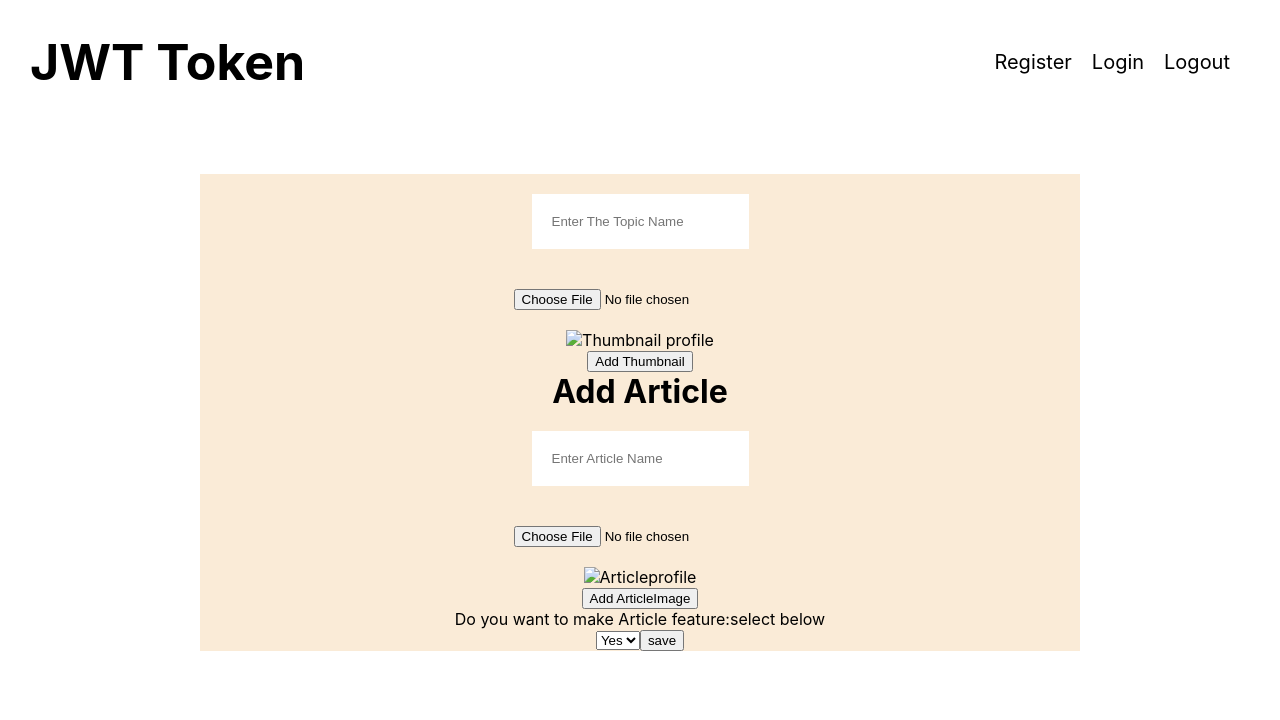
Repository: Prafullkuma/jwttoken
Page: /admin
The author's editor kept a copy of each file at every save. The page is drawn from the files as they stood at one save, then again after the next save.
The browser window is 1280 px wide. The pictures show the whole page.
The project was rebuilt for these pictures with package versions that can differ from the ones it lists, and the page was loaded fresh each time. Also part of the build but not shown: src/App.css, src/component/Auth/Signup.js, src/component/Auth/Signin.js, src/component/User/User.js, src/component/Home/Home.js, src/component/Auth/Logout.js.

Above is the page before, as saved 2020-08-22 22:06:12.

### src/App.js
import React from 'react';
import { BrowserRouter, Route } from 'react-router-dom'
import './App.css';
import Navbar from './component/Navbar'
import Signup from './component/Auth/Signup';
import Signin from './component/Auth/Signin';
import User from './component/User/User';
import Dashboard from './component/Admin/Dashboard';
import Home from './component/Home/Home';
import Logout from './component/Auth/Logout'
function App() {
  return (
    <div className="App">
      <BrowserRouter>
        <Navbar />
        <Route path="/signup" component={Signup} />
        <Route path="/signin" component={Signin} />
        <Route path="logout" component={Logout} />
        <Route path="/user" component={User} />
        <Route path="/admin" component={Dashboard} />
        <Route exact path="/" component={Home} />
      </BrowserRouter>
    </div>
  );
}

export default App;

### src/component/Navbar.js
import React from 'react'
import { Link } from 'react-router-dom'
import './Navbar.css'
function Navbar() {
    return (
        <div>
            <section className="Nav">
                <h1> <Link to="/">JWT Token</Link></h1>
                <nav className="navbar-items">
                    <ul>
                        <li><Link to="/signup">Register</Link></li>
                        <li><Link to="/signin">Login</Link></li>
                        <li><Link to="/">Logout</Link></li>
                    </ul>

                </nav>
            </section>
        </div>
    )
}

export default Navbar

### src/component/Admin/Dashboard.js
import React, { useState } from 'react'
import './Dashboard.css'
function Dashboard() {
    const [topic, setTopic] = useState('')
    const [thumbnail, setThumbnail] = useState()
    const [title, setTitle] = useState('')
    const [articleImage, setArticleImage] = useState('')
    const [feature, setFeature] = useState('')
    const [flag, setFlag] = useState(false)
    const addThumbnail = (e) => {
        console.log(e.target.file)
    }
    const addArticleImage = () => {

    }
    const saveAllData = () => {

    }
    return (
        <div className="Dashboard">
            <div className="Topic_name">
                <input type="text"
                    value={topic}
                    onChange={e => setTopic(e.target.value)}
                    placeholder="Enter The Topic Name" />
                <br />
                <input type="file"
                    value={thumbnail}
                    onChange={e => setThumbnail(e.target.value)} /><br />
                <img src="" alt="Thumbnail profile" /><br />
                <button onClick={addThumbnail}> Add Thumbnail</button>

            </div>
            <div className="ArticleName">
                <h1> Add Article</h1>
                <input type="text"
                    value={title}
                    placeholder="Enter Article Name"
                    onChange={e => setTitle(e.target.value)} />
                <br />
                <input type="file"
                    value={articleImage}
                    onChange={e => setArticleImage(e.target.value)} /><br />
                <img src="" alt="Articleprofile" /><br />
                <button onClick={addArticleImage}> Add ArticleImage</button><br />
                <span>Do you want to make Article feature:select below</span><br />
                <select value={feature} onChange={e => setFeature(e.target.value)}>
                    <option selected value={true}>Yes</option>
                    <option value={false}>No</option>
                </select>

                <button type="submit" onClick={saveAllData}> save</button>
            </div>

        </div>
    )
}

export default Dashboard

### src/component/Navbar.css
.Nav{
display: flex;
align-items: center;
justify-content: space-between;
padding: 30px;
}
ul,li{
    list-style: none;
    float: left;
    margin: 10px;
    font-size: 20px;
}
.Nav h1{
    font-size: 50px;
}
.Nav a{
    text-decoration: none;
    color:black
}
.navbar-items{
    display: flex;
}

### src/component/Admin/Dashboard.css
.Dashboard{
    margin-top: 50px;
    display: flex;
    flex-direction: column;
    margin: 50px 200px;
    background-color: antiquewhite;
    text-align: center;
}
.Dashboard input{
    border: none;
    padding: 20px;
    margin-top: 20px;
}
.Dashboard placeholder{
    font-size: 30px;
}

Loaded but not shown: src/index.js (common file); src/index.css (common file)

After the next save:
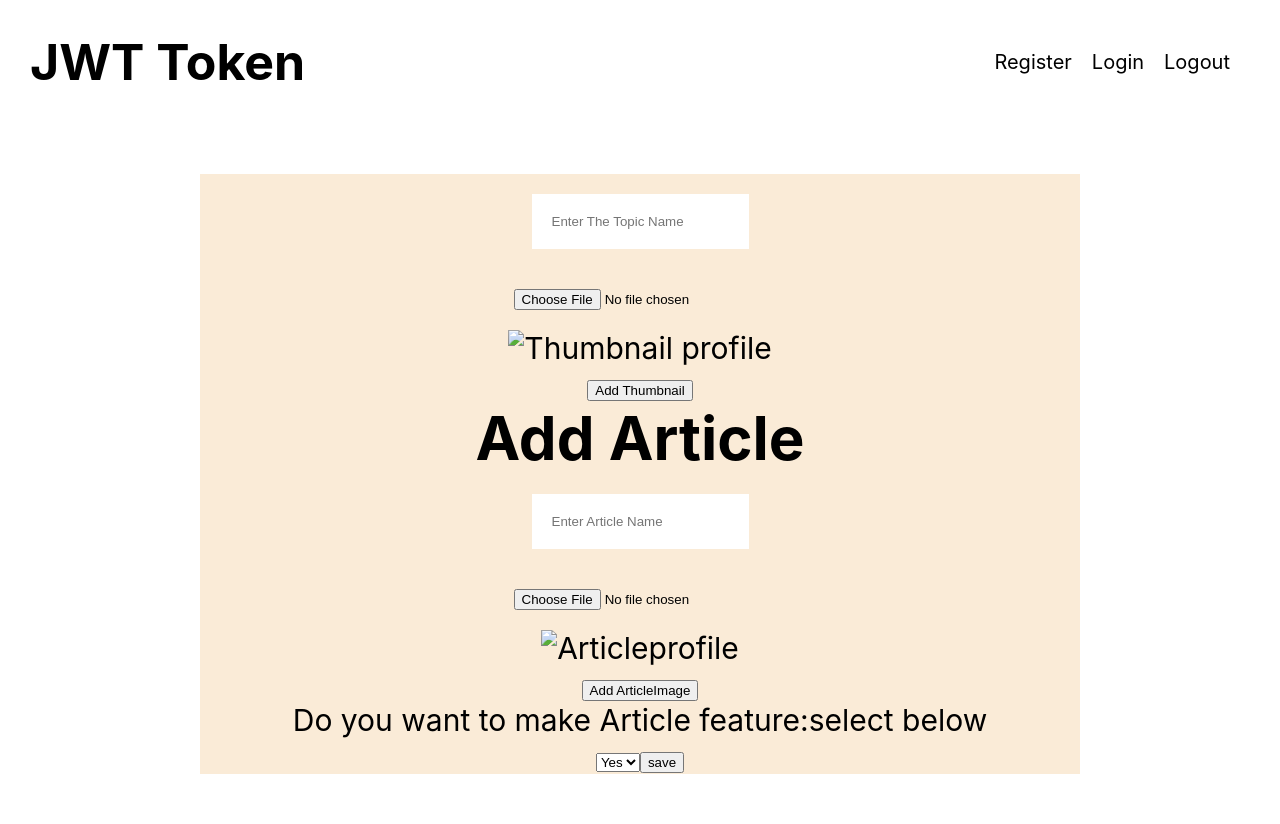
Saved 15 s later.
--- a/src/component/Admin/Dashboard.css
+++ b/src/component/Admin/Dashboard.css
@@ -11,6 +11,6 @@
     padding: 20px;
     margin-top: 20px;
 }
-.Dashboard placeholder{
+.Dashboard{
     font-size: 30px;
 }
